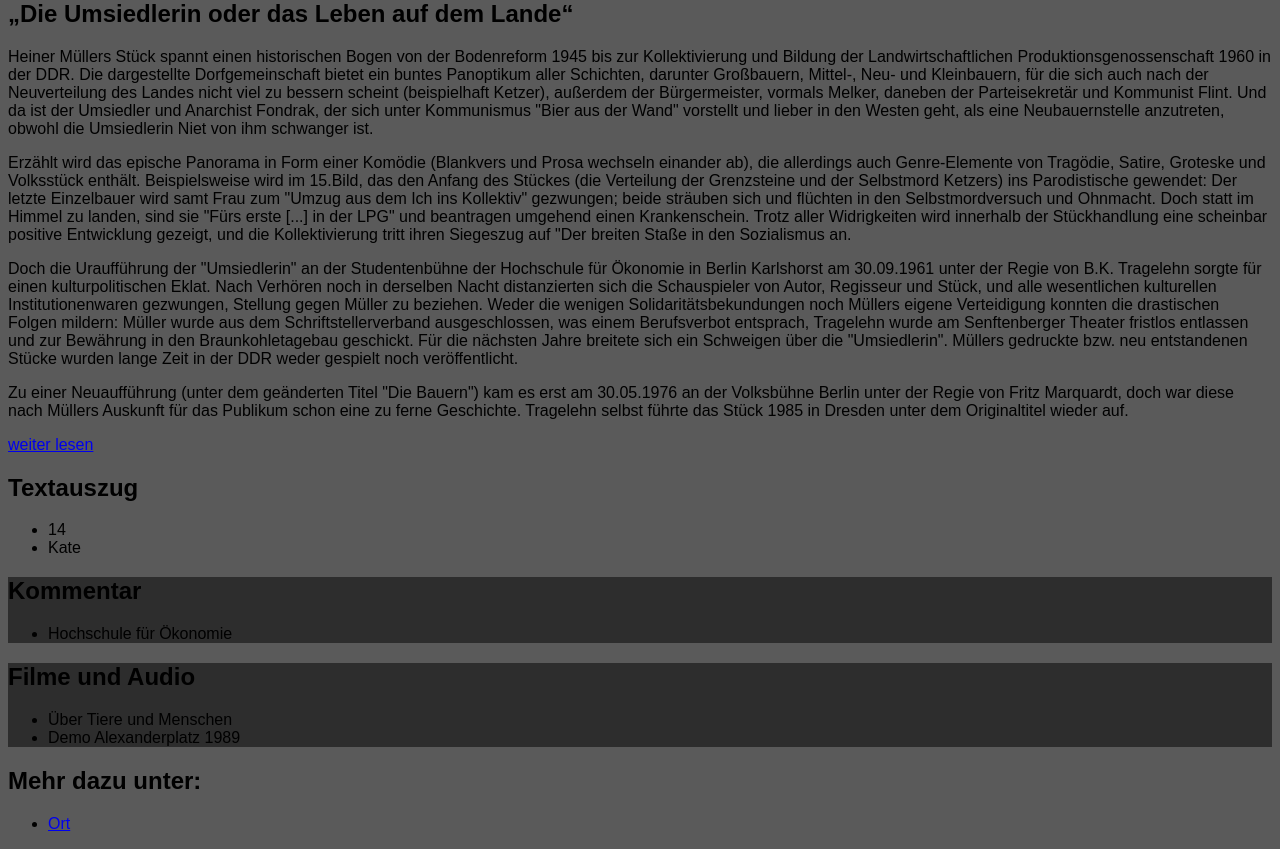
Repository: TimoKramer/iam
Page: org.dieschnittstelle.iam.css.uebungen/css_uebungen.html
These files come from the project's save history. The page is drawn as it stood at one moment and after the next save; the edit follows.
The browser window is 1280 px wide. The pictures show the part of the page from y = 483 to 1332 px (the page is 1332 px tall).
A picture or video elsewhere on the page could not be fetched, so the positions and the page height are approximate.

Above is the page before, as saved 2014-10-20 12:42:46.

### org.dieschnittstelle.iam.css.uebungen/css_uebungen.html
<!DOCTYPE html>
<html>
	<head>
		<meta http-equiv="Content-Type" content="text/html; charset=utf-8">
		<title>CSS Beispiele</title>
		<link rel="stylesheet" href="css/css_uebungen.css"/>
		<meta name="viewport" content="width=640">
	</head>
	<body>
		<article>
			<h1 id="topic_title" class="editable">Die Umsiedlerin</h1>
			<section id="zeitdokumente">
				<h2>Zeitdokumente</h2>
				<figure>
					<img src="http://www.esquife.cult.cu/primeraepoca/imagenes/imrevista/No60/muller.jpg"/>
					<!-- <img src="img/hm_mit_bk_tragelehn.jpg"/> -->
					<figcaption>
						Programmheft zur Uraufführung
					</figcaption>
				</figure>
			</section>
			<section id="einfuehrungstext">
				<div class="contentfragment">
					<h2>&bdquo;Die Umsiedlerin oder das Leben auf dem Lande&ldquo;</h2>
					<p>
						Heiner Müllers Stück spannt einen historischen Bogen von der Bodenreform 1945 bis zur Kollektivierung und Bildung der Landwirtschaftlichen Produktionsgenossenschaft 1960 in der DDR. Die dargestellte Dorfgemeinschaft bietet ein buntes Panoptikum aller Schichten, darunter Großbauern, Mittel-, Neu- und Kleinbauern, für die sich auch nach der Neuverteilung des Landes nicht viel zu bessern scheint (beispielhaft Ketzer), außerdem der Bürgermeister, vormals Melker, daneben der Parteisekretär und Kommunist Flint. Und da ist der Umsiedler und Anarchist Fondrak, der sich unter Kommunismus "Bier aus der Wand" vorstellt und lieber in den Westen geht, als eine Neubauernstelle anzutreten, obwohl die Umsiedlerin Niet von ihm schwanger ist.
					</p>
					<p>
						Erzählt wird das epische Panorama in Form einer Komödie (Blankvers und Prosa wechseln einander ab), die allerdings auch Genre-Elemente von Tragödie, Satire, Groteske und Volksstück enthält. Beispielsweise wird im 15.Bild, das den Anfang des Stückes (die Verteilung der Grenzsteine und der Selbstmord Ketzers) ins Parodistische gewendet: Der letzte Einzelbauer wird samt Frau zum "Umzug aus dem Ich ins Kollektiv" gezwungen; beide sträuben sich und flüchten in den Selbstmordversuch und Ohnmacht. Doch statt im Himmel zu landen, sind sie "Fürs erste [...] in der LPG" und beantragen umgehend einen Krankenschein. Trotz aller Widrigkeiten wird innerhalb der Stückhandlung eine scheinbar positive Entwicklung gezeigt, und die Kollektivierung tritt ihren Siegeszug auf "Der breiten Staße in den Sozialismus an.
					</p>
					<p>
						Doch die Uraufführung der "Umsiedlerin" an der Studentenbühne der Hochschule für Ökonomie in Berlin Karlshorst am 30.09.1961 unter der Regie von B.K. Tragelehn sorgte für einen kulturpolitischen Eklat. Nach Verhören noch in derselben Nacht distanzierten sich die Schauspieler von Autor, Regisseur und Stück, und alle wesentlichen kulturellen Institutionenwaren gezwungen, Stellung gegen Müller zu beziehen. Weder die wenigen Solidaritätsbekundungen noch Müllers eigene Verteidigung konnten die drastischen Folgen mildern: Müller wurde aus dem Schriftstellerverband ausgeschlossen, was einem Berufsverbot entsprach, Tragelehn wurde am Senftenberger Theater fristlos entlassen und zur Bewährung in den Braunkohletagebau geschickt. Für die nächsten Jahre breitete sich ein Schweigen über die "Umsiedlerin". Müllers gedruckte bzw. neu entstandenen Stücke wurden lange Zeit in der DDR weder gespielt noch veröffentlicht.
					</p>
					<p>
						Zu einer Neuaufführung (unter dem geänderten Titel "Die Bauern") kam es erst am 30.05.1976 an der Volksbühne Berlin unter der Regie von Fritz Marquardt, doch war diese nach Müllers Auskunft für das Publikum schon eine zu ferne Geschichte. Tragelehn selbst führte das Stück 1985 in Dresden unter dem Originaltitel wieder auf.
					</p>
				</div>
				<div class="fullcontent_link">
					<a href="#">weiter lesen</a>
				</div>
			</section>
			<section id="textauszug">
				<div class="textauszug">
					<h2>Textauszug</h2>
					<ul>
						<li>14</li>
						<li>Kate</li>
					</ul>
				</div>
			</section>
			<section id="kommentar" class="medienverweise">
				<h2>Kommentar</h2>
				<ul>
					<li>Hochschule f&uuml;r &Ouml;konomie</li>
				</ul>
			</section>
			<section id="filmeundaudio" class="medienverweise">
				<h2>Filme und Audio</h2>
				<ul>
					<li>&Uuml;ber Tiere und Menschen</li>
					<li>Demo Alexanderplatz 1989</li>
				</ul>
			</section>
			<section id="verknuepfungen">
				<h2>Mehr dazu unter:</h2>
				<nav>
					<ul>
						<li>
							<a href="#">Ort</a>
						</li>
					</ul>
				</nav>
			</section>
		</article>
	</body>
</html>

### org.dieschnittstelle.iam.css.uebungen/css/css_uebungen.css
body {
	background-color: rgb(90,90,90);
	font-family: "Avenir Medium", sans-serif;
}


/* Haupttitel */

h1 {
	font-size: 30pt;
	font-weight: normal;
	font-style: normal;
	color: rgb(204,204,204);
	margin: 0px;
	padding: 10px;
	/* avoid that elements can be selected */
	-moz-user-select: none;
	user-select: none;
}

/* Medienverweise */

.medienverweise {
	background-color: rgb(45, 45, 45);
}

After the next save:
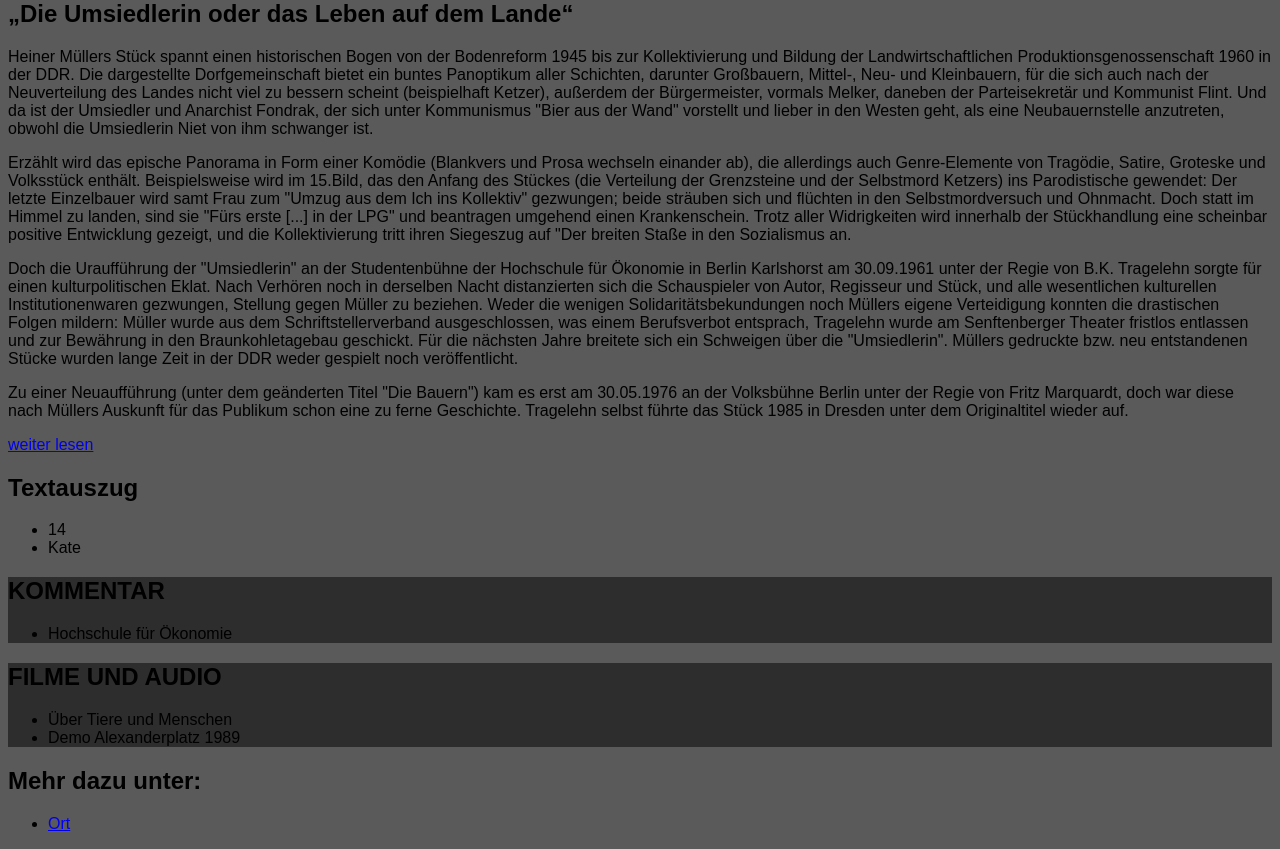
Saved 3 min 5 s later.
--- a/org.dieschnittstelle.iam.css.uebungen/css/css_uebungen.css
+++ b/org.dieschnittstelle.iam.css.uebungen/css/css_uebungen.css
@@ -23,3 +23,6 @@ h1 {
 .medienverweise {
 	background-color: rgb(45, 45, 45);
 }
+.medienverweise h2 {
+	text-transform: uppercase;
+}
